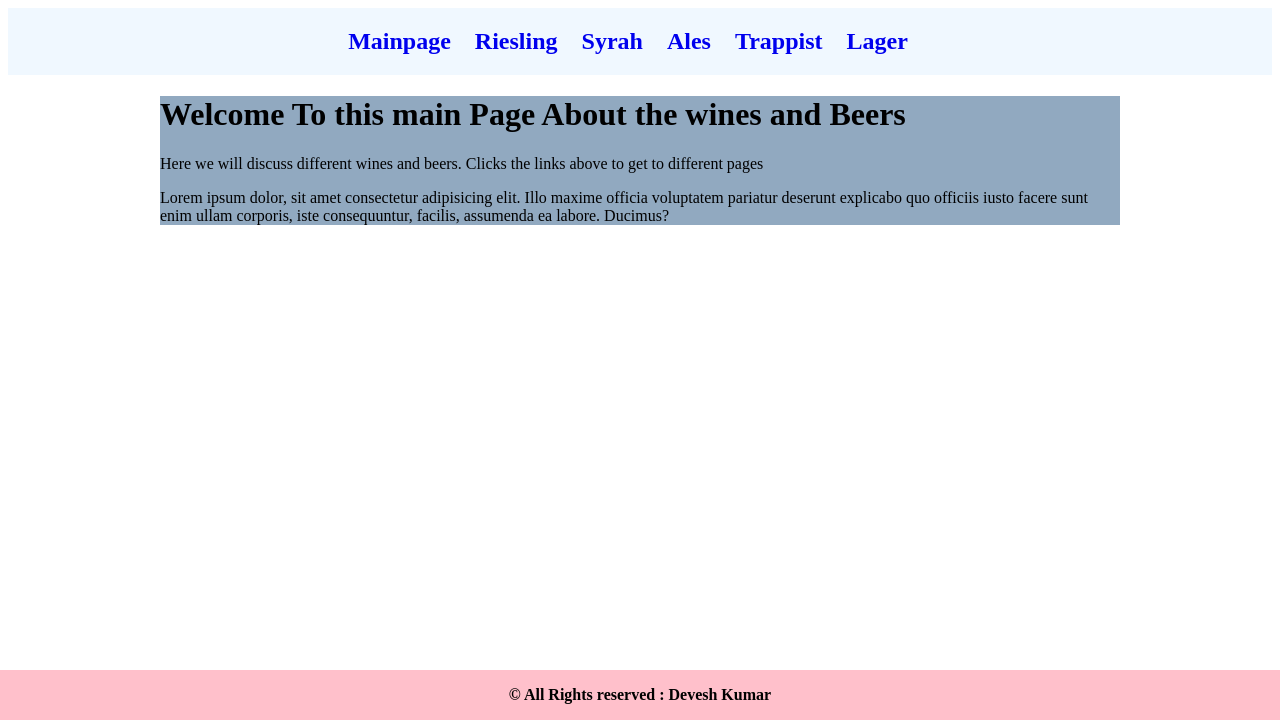
Repository: portretrieve/react-practice
Page: /
An editor plug-in stored every save of this project. The page is shown before and after the next save, followed by the edit.
The browser window is 1280 px wide. The pictures show the whole page.
The project was rebuilt for these pictures with package versions that can differ from the ones it lists, and the page was loaded fresh each time. Also part of the build but not shown: src/wines/Riesling.js, src/wines/Syrah.js, src/beers/Ale.js, src/beers/Lager.js, src/beers/Trappist.js.

Above is the page before, as saved 2021-08-26 19:52:26.

After the next save:
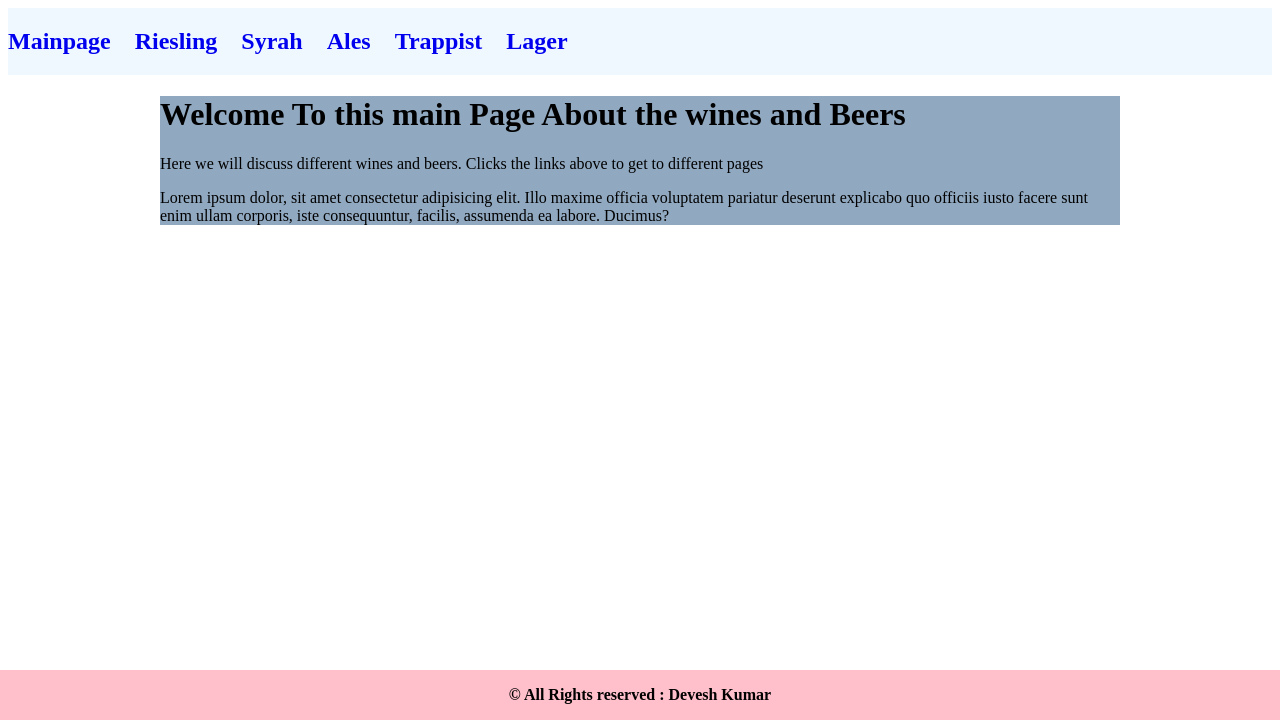
Saved 5 s later.
--- a/src/navigation/header.module.css
+++ b/src/navigation/header.module.css
@@ -1,5 +1,4 @@
 .header {
-    text-align: center;
     background-color: aliceblue;
 }
 

After the save that followed:
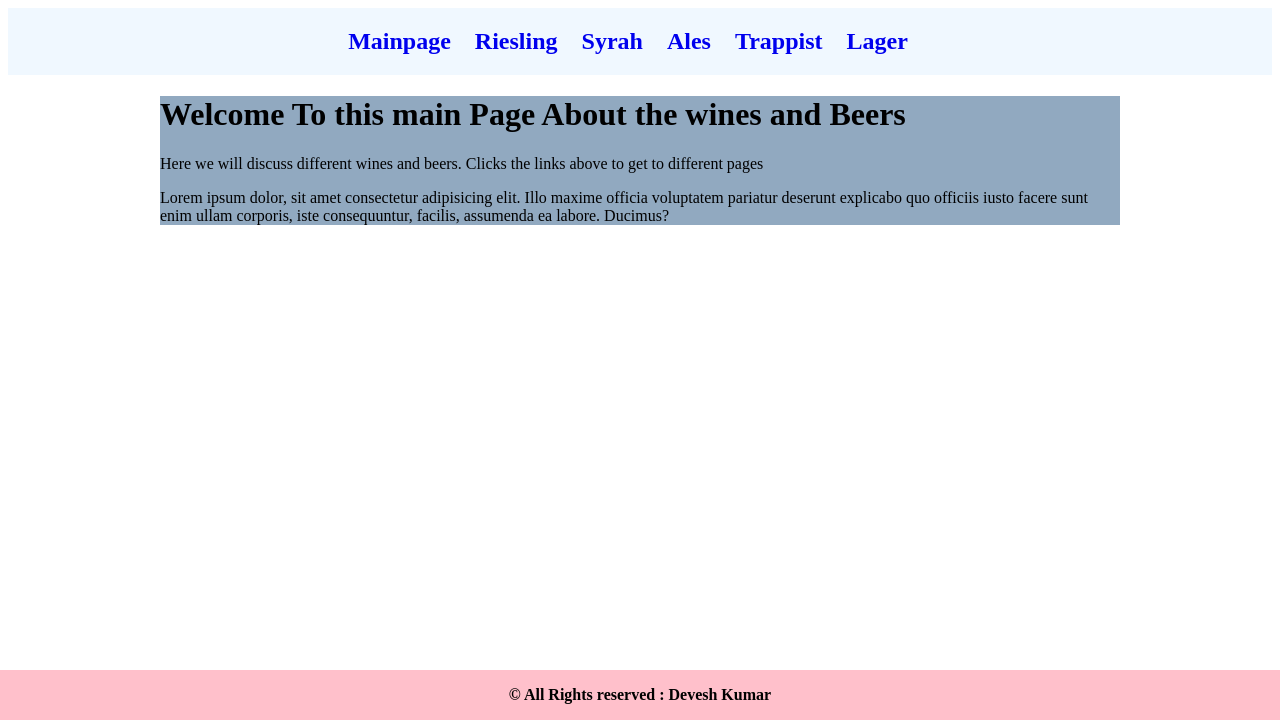
Saved 8 s later.
--- a/src/navigation/header.module.css
+++ b/src/navigation/header.module.css
@@ -1,4 +1,5 @@
 .header {
+    text-align: center;
     background-color: aliceblue;
 }
 
